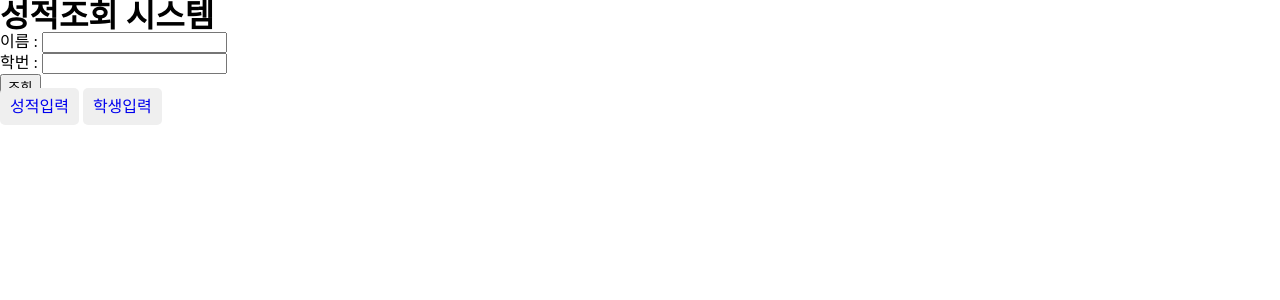
Repository: GitOnibi/jsp
Page: http://localhost/JSPprojec/school/index.jsp
The author's editor kept a copy of each file at every save. The page is drawn from the files as they stood at one save, then again after the next save.
The browser window is 1280 px wide. The pictures show the whole page.
The page is served by Tomcat 9.

Above is the page before, as saved 2019-01-07 12:11:08.

After the next save:
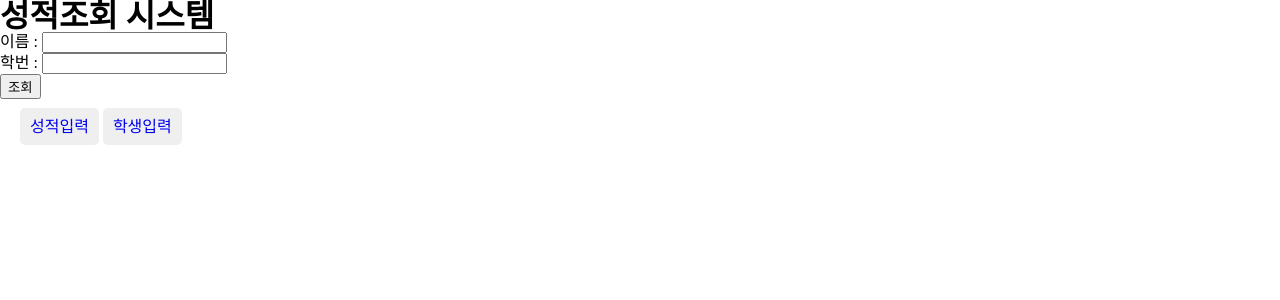
Saved 111 s later.
--- a/JSPprojec/WebContent/school/index.jsp
+++ b/JSPprojec/WebContent/school/index.jsp
@@ -15,7 +15,7 @@
 		학번 : <input type="text" name="stu_num" id="stu_num"/><br />
 		<input type="submit" value="조회"/>
 	</form>
-	<div>
+	<div class="btnWrap">
 		<a href="score_input.jsp" class="btn">성적입력</a>
 		<a href="stu_input.jsp" class="btn">학생입력</a>
 	</div>
